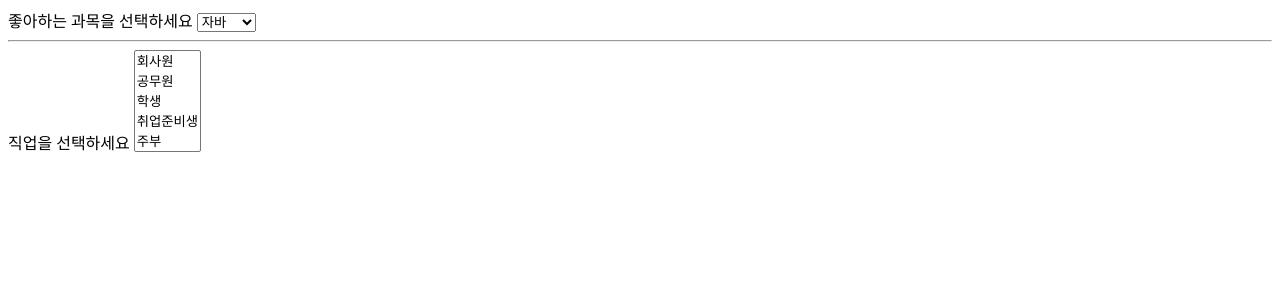
Repository: MegiLove/html_css
Page: day1130/src/main/webapp/selectTest.html
These files come from the project's save history. The page is drawn as it stood at one moment and after the next save; the edit follows.
The browser window is 1280 px wide. The pictures show the whole page.

Above is the page before, as saved 2021-11-30 05:11:33.

After the next save:
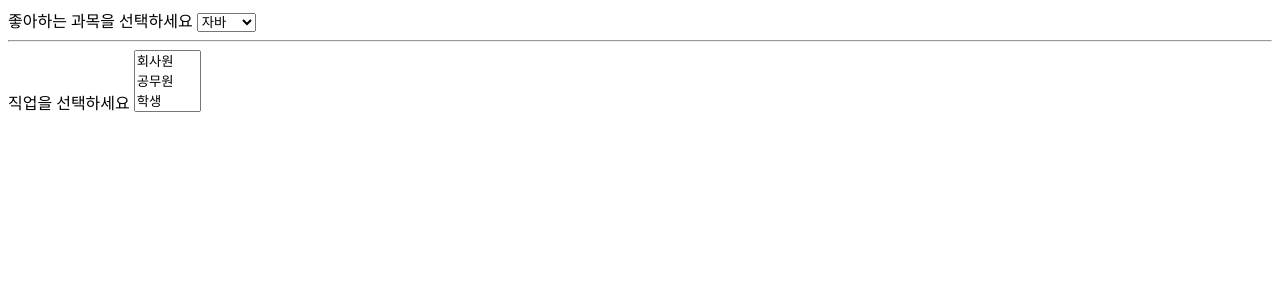
Saved 61 s later.
--- a/day1130/src/main/webapp/selectTest.html
+++ b/day1130/src/main/webapp/selectTest.html
@@ -16,7 +16,7 @@
 		</select>
 		<hr>
 		직업을 선택하세요
-		<select name="job" size="5">
+		<select name="job" size="3">
 			<option value="회사원">회사원</option>
 			<option value="공무원">공무원</option>
 			<option value="학생">학생</option>
